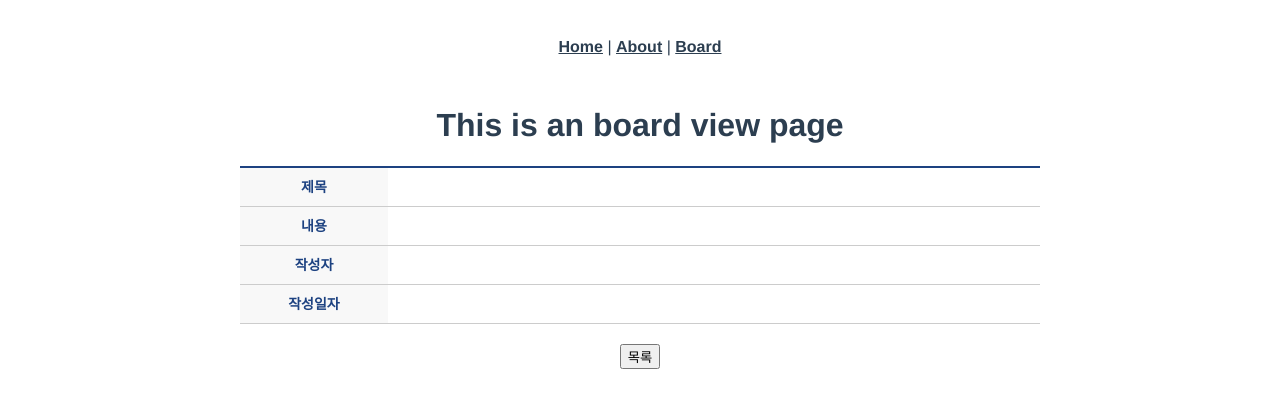
Repository: Nohyunjin/vuesomething
Page: /boardview (app in testvue/)
An editor plug-in stored every save of this project. The page is shown before and after a run of saves, followed by the edit.
The browser window is 1280 px wide. The pictures show the whole page.
The page's requests for data from a server got no answer. The project was rebuilt for these pictures with package versions that can differ from the ones it lists, and the page was loaded fresh each time. No one was signed in, and anything a server would have sent is missing. Also part of the build but not shown: testvue/vue.config.js, testvue/src/components/HelloWorld.vue, testvue/src/views/HomeView.vue.

Above is the page before, as saved 2022-05-03 11:03:03.

### testvue/src/main.js
import { createApp } from 'vue'
import App from './App.vue'
import router from './router'
import axios from 'axios'

const app = createApp(App).use(router)
app.config.globalProperties.axios = axios
app.mount('#app')

### testvue/src/App.vue
<template>
  <nav>
    <router-link to="/">Home</router-link> |
    <router-link to="/about">About</router-link> |
    <router-link to="/board">Board</router-link>
  </nav>
  <router-view/>
</template>

<style>
#app {
  font-family: Avenir, Helvetica, Arial, sans-serif;
  -webkit-font-smoothing: antialiased;
  -moz-osx-font-smoothing: grayscale;
  text-align: center;
  color: #2c3e50;
}

nav {
  padding: 30px;
}

nav a {
  font-weight: bold;
  color: #2c3e50;
}

nav a.router-link-exact-active {
  color: #42b983;
}
</style>

### testvue/src/router/index.js
import { createRouter, createWebHistory } from 'vue-router'
import HomeView from '../views/HomeView.vue'

const routes = [
  {
    path: '/',
    name: 'home',
    component: HomeView
  },
  {
    path: '/about',
    name: 'About',
    // route level code-splitting
    // this generates a separate chunk (about.[hash].js) for this route
    // which is lazy-loaded when the route is visited.
    component: () => import(/* webpackChunkName: "about" */ '../views/AboutView.vue')
  },
  {
    path: '/board',
    name: 'BoardList',
    component: () => import('@/views/BoardList.vue')
  },
  {
    path: '/boardview',
    name: 'BoardView',
    component: () => import('@/views/BoardView.vue')
  }
]

const router = createRouter({
  history: createWebHistory(process.env.BASE_URL),
  routes
})

export default router

### testvue/src/views/BoardView.vue
<template>
  <div class="board">
		<h1>This is an board view page</h1>
    <table>
			<colgroup>
				<col style="width:18.5%">
				<col style="width:">
			</colgroup>
			<tbody>
				<tr>
					<th scope="row">제목</th>
					<td class="title">{{boardItem.subject}}</td>
				</tr>
				<tr>
					<th scope="row">내용</th>
					<td>{{boardItem.content}}</td>
				</tr>
				<tr>
					<th scope="row">작성자</th>
					<td>{{boardItem.writer}}</td>
				</tr>
				<tr>
					<th scope="row">작성일자</th>
					<td>{{boardItem.writedate}}</td>
				</tr>
			</tbody>
		</table>
	</div>
  <div class="buttons">
	  <div class="right">
<button class="button" @click="boardListClick">목록</button>
	</div>
</div>
</template>

<script>
export default {
  name:'BoardView',
  data() {
    return {
      boardItem : {}
    }
  },
  methods : {
    getBoardRead() {
      this.axios.get("http://localhost:9000/boards/" + this.$route.query.boardNo).then((res)=>{
        console.log(res);
        this.boardItem = res.data.data;
      }).catch((err) => {
        console.log(err);
      });
    },
    boardListClick() {
      this.$router.router.go(-1);
    }
  },
  mounted() {
    this.getBoardRead()
  },
}
</script>

<style scoped>
.board {
  width:800px;
  margin: 20px auto;
}
.board table {
  width:100%;
  border-top:2px solid #1d4281; border-spacing:0;
}
.board table th {
  padding:8px 10px 10px 10px;
  vertical-align:middle;
  color:#1d4281;
  font-size:14px;
  border-bottom:1px solid #ccc;
  background:#f8f8f8;
}
.board table td {
  padding:7px 20px 9px 20px;
  text-align:left;
  vertical-align:middle;
  border-bottom:1px solid #ccc;
  font-size:14px;
  line-heighT:150%;
}
.board table td.title {
  font-weight: bold; }
</style>

Loaded but not shown: testvue/public/index.html (common file)

After the next 2 saves:
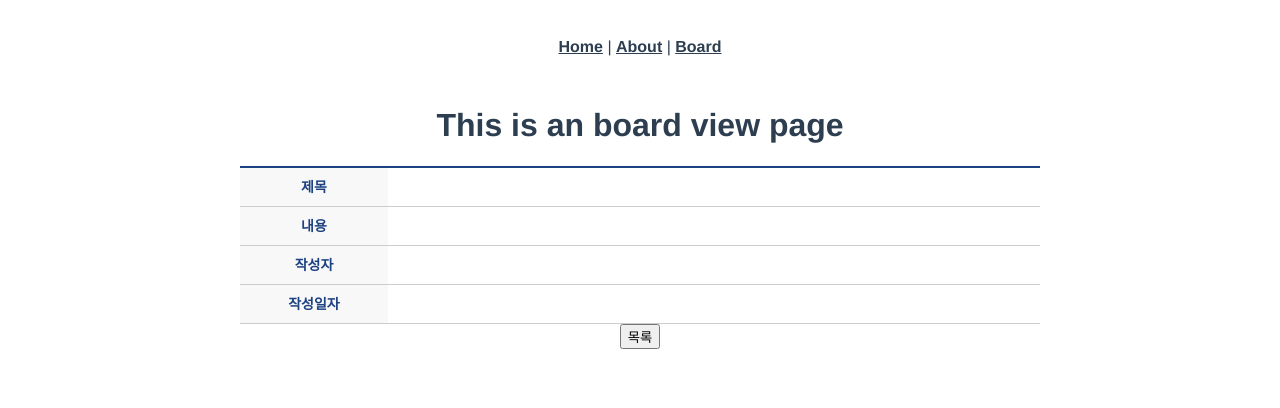
The 2 saves are shown as one change because they came seconds apart.
The last was saved 75 s later.
--- a/testvue/src/views/BoardView.vue
+++ b/testvue/src/views/BoardView.vue
@@ -25,12 +25,13 @@
 				</tr>
 			</tbody>
 		</table>
+    <div class="buttons">
+      <div class="right">
+        <button class="button" @click="boardListClick">목록</button>
+      </div>
+    </div>
 	</div>
-  <div class="buttons">
-	  <div class="right">
-<button class="button" @click="boardListClick">목록</button>
-	</div>
-</div>
+
 </template>
 
 <script>
